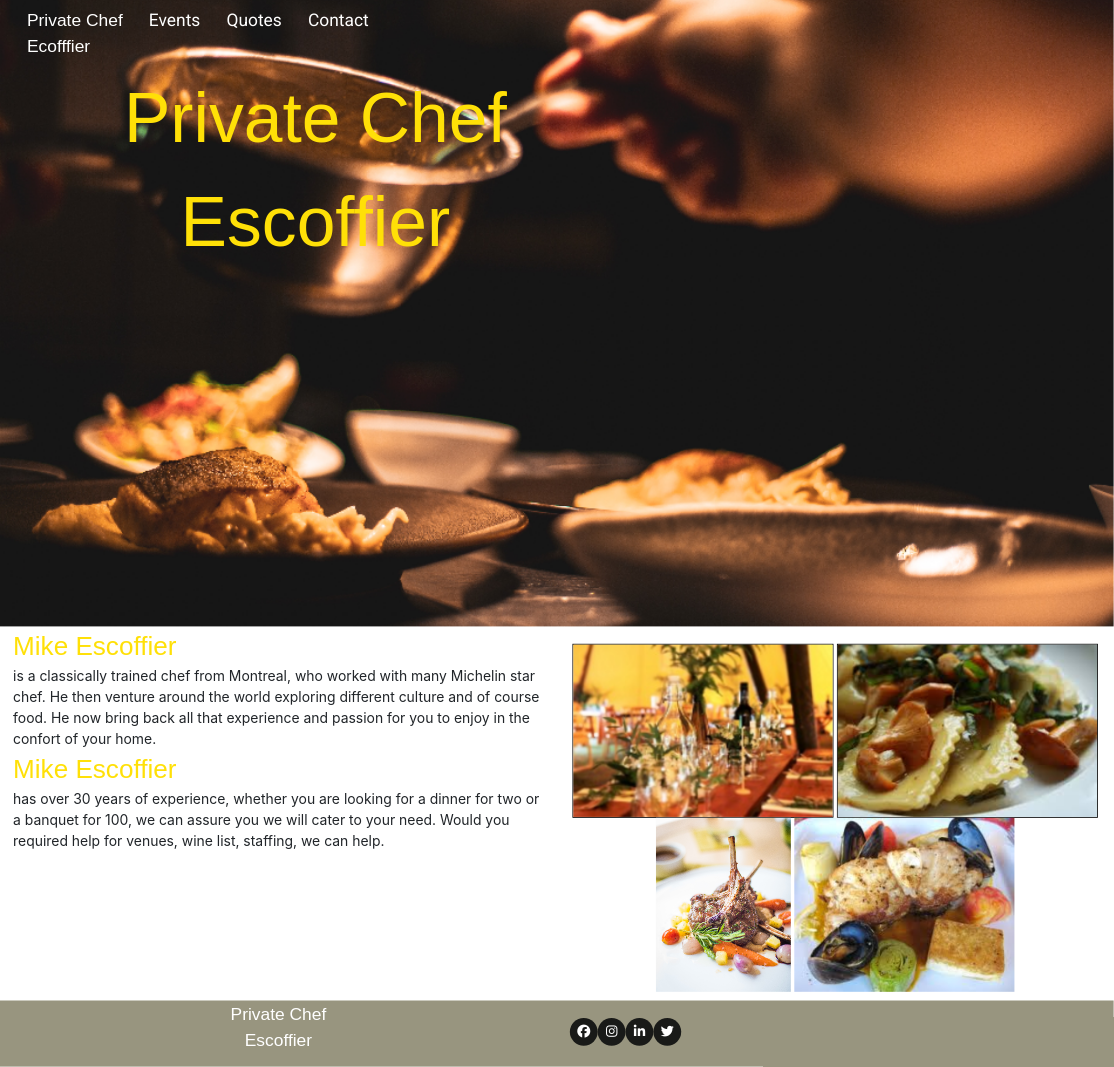
Repository: Mrsebastino/First-Milestone
Page: index.html
The author's editor kept a record of every edit. The page is drawn from the files as they stood at one moment, then again after the next edit.
The browser window is 1280 px wide. The pictures show the whole page, at 87% of full size.
Some web fonts or font styles are not loaded; a fallback is used. Some web libraries are served in a nearby version.

Above is the page before.

After the next edit:
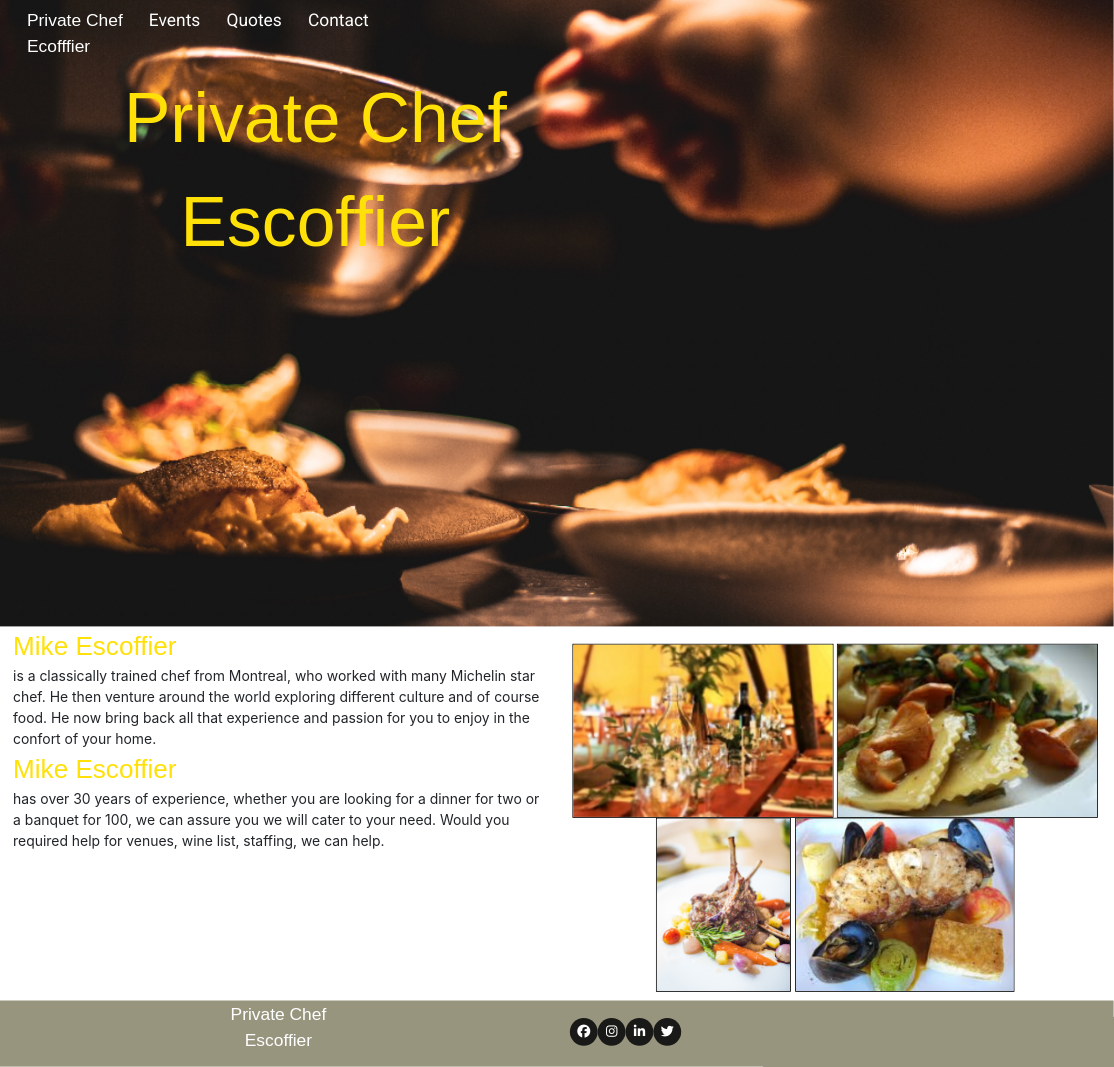
The edit:
--- a/index.html
+++ b/index.html
@@ -75,8 +75,8 @@
                         <div class="event-photo">
                         <img src="assets/images/bar-bottles-catering-1243337.jpg" class="square" height=200 wdith=200>
                         <img src="assets/images/chanterelle-ravioli.jpg" class="square" height=200 wdith=200>
-                        <img src="assets/images/beef-blur-chicken-323682.jpg" class="square-first" height=200 wdith=200>
-                        <img src="assets/images/monkfish.jpg" class="square-first" height=200 wdith=200>
+                        <img src="assets/images/beef-blur-chicken-323682.jpg" class="square" height=200 wdith=200>
+                        <img src="assets/images/monkfish.jpg" class="square" height=200 wdith=200>
                     </div>
                     </div>
             </div>
